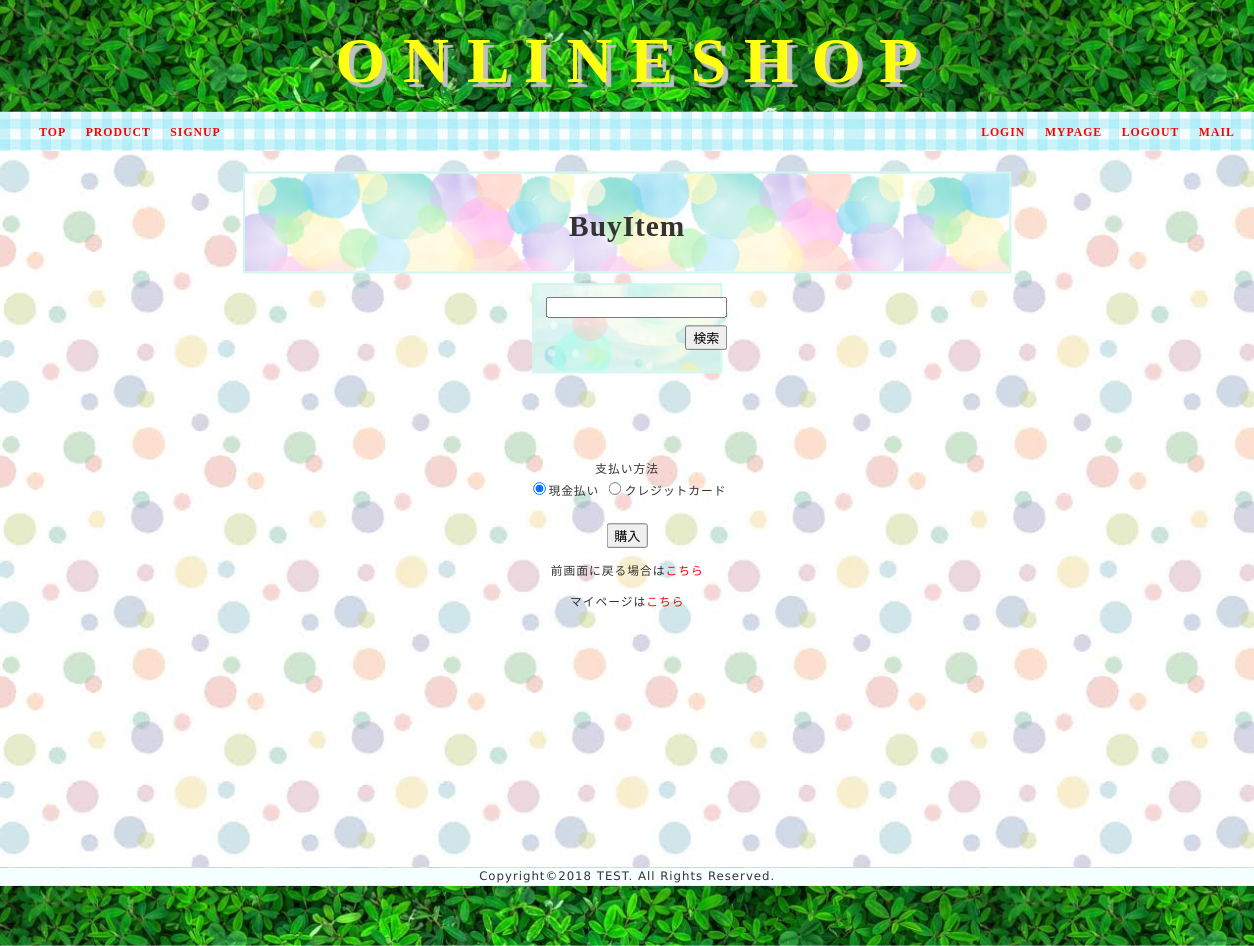
Repository: rt-1217/j2
Page: http://localhost/ecsite01/buyItem.jsp
An editor plug-in stored every save of this project. The page is shown before and after the next save, followed by the edit.
The browser window is 1280 px wide. The pictures show the whole page, at 98% of full size.
Backgrounds fixed to the window are drawn as part of the page. Some web fonts or font styles are not loaded; a fallback is used. The page is served by Tomcat 9. Other server files are loaded and not shown.

Above is the page before, as saved 2018-05-30 06:51:22.

### ecsite01/WebContent/buyItem.jsp
<%@ page language="java" contentType="text/html; charset=UTF-8"
    pageEncoding="UTF-8"%>
    <%@ taglib prefix="s" uri="/struts-tags" %>
<!DOCTYPE html PUBLIC "-//W3C//DTD HTML 4.01 Transitional//EN" "http://www.w3.org/TR/html4/loose.dtd">
<html>
<head>
<meta http-equiv="Content-Type" content="text/html; charset=UTF-8">
<meta http-equiv="Content-Type" content="text/html; charset=utf-8" />
<meta http-equiv="Content-Style-Type" content="text/css" />
<meta http-equiv="Content-Script-Type" content="text/javascript" />
<meta http-equiv="imagetoolbar" content="no" />
<meta name="description" content="" />
<meta name="keywords" content="" />


<!-- CSSの読み込み -->
<link rel="stylesheet" type="text/css" href="./css/basis.css">
<link rel="stylesheet" type="text/css" href="./css/table.css">

<title>BuyItem画面</title>
</head>

<body>
<s:include value="header.jsp"/>

<div id="main">
<div id="top">
<p>BuyItem</p>
</div>

<!-- 商品検索機能 -->
<div>
<div class="seach">
<s:form action="ItemSearchAction">
<tr>
<td>
<s:textfield name="searchWord" value=""/>
</td>
<td>
<s:submit value="検索"/>
</td></tr>
</s:form>
<s:if test="message !=''">
<h3><s:property value="message" escape="false"/></h3>
</s:if>
</div>

<br>
<!-- 商品テーブル -->
<table>

<s:form action="BuyItemAction">
<dl class ="dl-list">
<s:iterator value="#session.buyItemDTOList">

<dd class="dd-list">

<img class="image" style="width:230px; height:150px;" src="<s:property value='image_file_path'/>" >
<br>


<h3><s:property value="itemName"/></h3>




<span>値段：</span>

<s:property value="itemPrice" /><span>円</span>

<span>在庫：</span>


<s:if test="item_stock>0">
<s:property value="item_stock"/>
</s:if>
<s:else>
<span>品切れ</span>
</s:else>


<br>



<span>購入個数</span>
<s:if test="item_stock>0">
<select name="count">
<option value="0" selected="selected">0</option>
<option value="1">1</option>
<option value="2">2</option>
<option value="3">3</option>
<option value="4">4</option>
<option value="5">5</option>
</select>
</s:if>
<s:else>
<select name="count">
<option value="0" selected="selected">0</option>


</select></s:else>

</dd>
</s:iterator>
</dl>


<div class="clear"></div>

<div class="pay-push"></div>
<span>支払い方法</span><br>

<input type="radio" name="pay" value="1" checked="checked">現金払い
<input type="radio" name="pay" value="2" >クレジットカード

<br><br>
<s:submit value="購入"/>


</s:form>

</table>

<div>
<p>前画面に戻る場合は<a href='<s:url action="GoHomeAction" />'>こちら</a></p>
<p>マイページは<a href='<s:url action="MyPageAction" />'>こちら</a></p>
</div>




</div>

</div>




<s:include value="footer.jsp"/>









</body>
</html>

### ecsite01/WebContent/header.jsp
<%@ page language="java" contentType="text/html; charset=UTF-8"
    pageEncoding="UTF-8"%>
        <%@ taglib prefix="s" uri="/struts-tags" %>
<!DOCTYPE html PUBLIC "-//W3C//DTD HTML 4.01 Transitional//EN" "http://www.w3.org/TR/html4/loose.dtd">
<html>
<head>
<meta http-equiv="Content-Type" content="text/html; charset=UTF-8">
<meta http-equiv="Content-Style-Type" content="text/css" />
<meta http-equiv="Content-Script-Type" content="text/javascript" />
<meta http-equiv="imagetoolbar" content="no" />
<meta name="description" content="" />
<meta name="keywords" content="" />
<!-- CSSの読み込み -->
<link rel="stylesheet" type="text/css" href="./css/basis.css">
<link rel="stylesheet" type="text/css" href="./css/table.css">
<style>
@import url('https://fonts.googleapis.com/css?family=Press+Start+2P');
</style>
<link href="https://fonts.googleapis.com/css?family=Mystery+Quest" rel="stylesheet">


<title>Header</title>
</head>
<body>


<div id="header">
<div class="header-logo">O N L I N E   S H O P </div>

<div class="top-menu">

<div class="left-list">
<ul class="top-li">
<li><a href='<s:url action="GoHomeAction"/>'>TOP</a></li>
<li><a href='<s:url action="ProductPageAction"/>'>PRODUCT</a></li>
<li><a href='<s:url action="UserCreateAction"/>'>SIGNUP</a></li>
</ul>
</div>

<div class="right-list">
<ul>
<li><a href='<s:url action="GoLoginAction"/>'>LOGIN</a></li>
<li><a href='<s:url action="MyPageAction"/>'>MYPAGE</a></li>
<li><a href='<s:url action="LogoutAction"/>'>LOGOUT</a></li>
<li><a href='<s:url action="InquiryAction"/>'>MAIL</a></li>
</ul>

</div>




</div>

</div>
</body>
</html>

### ecsite01/WebContent/footer.jsp
<%@ page language="java" contentType="text/html; charset=UTF-8"
    pageEncoding="UTF-8"%>
        <%@ taglib prefix="s" uri="/struts-tags" %>
<!DOCTYPE html PUBLIC "-//W3C//DTD HTML 4.01 Transitional//EN" "http://www.w3.org/TR/html4/loose.dtd">
<html>
<head>
<meta http-equiv="Content-Type" content="text/html; charset=UTF-8">
<meta http-equiv="Content-Style-Type" content="text/css" />
<meta http-equiv="Content-Script-Type" content="text/javascript" />
<meta http-equiv="imagetoolbar" content="no" />
<meta name="description" content="" />
<meta name="keywords" content="" />
<!-- CSSの読み込み -->
<link rel="stylesheet" type="text/css" href="./css/basis.css">
<link rel="stylesheet" type="text/css" href="./css/table.css">
<style>
@import url('https://fonts.googleapis.com/css?family=Press+Start+2P');
</style>
<link href="https://fonts.googleapis.com/css?family=Mystery+Quest" rel="stylesheet">
<title>Insert title here</title>
</head>
<body>




<div id="footer">
<div class="fotter-message">
Copyright©2018 TEST. All Rights Reserved.

</div>

</div>

</body>
</html>

### ecsite01/WebContent/css/basis.css
@CHARSET "UTF-8";

/* ========TAG LAYOUT======== */
body {
margin:0;
padding:0;
line-height:1.6;
letter-spacing:1px;
font-family:Verdana, Helvetica, sans-serif;
font-size:12px;
color:#333;
background:#fff;
background-image:url("../image/tama.jpg");
background-attachment: fixed;
/* background-size:contain; */
/* background-repeat: no-repeat; */


}
table {
text-align:center;
margin:0 auto;
}


/* ========ID LAYOUT======== */
#top {
width:780px;
height:100px;
margin:10px auto;
border:2px solid #d0f7ee;
background-image:url("../image/pastel2.jpg");
font-family: 'Mystery Quest', cursive;
font-size:30px;
font-weight: bold;

}


/*リスト関係*/

ul{
	list-style:none;
}

li {
	font-family: 'Mystery Quest', cursive;
	float:left;
	margin-right:20px;
	font-weight: bolder;
}

/*---------------------------------------------------------------------------------------*/
/*リンク関係*/

/*色の指定*/
a:link { color: #ff0000; }
a:visited { color: #333; }
a:hover { color: #00ff00; background-color:rgba(230,200,193,0.5)}
a:active { color: #00ffff; }


/*リンクの下線を消す*/
a{
	text-decoration: none;
}

input#submit_button {
    padding: 15px 40px;
    font-size: 7em;
}




/*--------------------------------------------------------------------------*/
/*ヘッダー*/
#header {
width: 100%;
height: 100px;
top:0;
left:0;
/* position: fixed; */
margin-bottom:50px;
padding-bottom:15px;
/* background-color: black; */
background-image:url("../image/green.jpg");
}

/*サイトロゴ*/
.header-logo{
/* 	font-family: 'Press Start 2P', cursive; */
font-family: 'Mystery Quest', cursive;
	margin-bottm:20px;
	text-align:center;
	font-size:65px;
	padding-top:10px;
	color:#ffff11;
	font-weight:900;
	text-shadow: 5px 5px 1px #c0c0c0;
}

/*上部メニューリスト*/
.top-menu{
	height:40px;
	background-image:url("../image/mizuiro.jpg");
	width:auto;

}
.left-list{
	float:left;
}

.right-list{
	float:right;
}





/*--------------------------------------------------------------------------*/

#main {
width: 100%;
height: auto;
text-align: center;
display: flex;
  flex-direction: column;
  min-height: 100vh;
}


/*--------------------------------------------------------------------------*/
/*フッター*/

#footer {
width: 100%;
height: 80px;
background-color: black;
clear:both;
background-image:url("../image/green.jpg");
margin-top: auto;
position; absolute;
bottom:0;
}

.fotter-message{
	text-align:center;
	background:rgba(246, 255, 255, 1);
}


/*--------------------------------------------------------------------------*/
/*検索*/
.seach{
	background-image:url("../image/pastel3.jpg");
border:2px solid #d0f7ee;
width:180px;
margin:0 auto;
padding:5px;

}




/*--------------------------------------------------------------------------*/


.red{
	color:red;
}
/*floatの解除*/
.clear{
	clear:both;
}

.pay-push{
	margin-top:70px;
}

### ecsite01/WebContent/css/table.css
@CHARSET "UTF-8";

.item-table{
	text-align:center;

}


.dl-list{
	margin:0px;
	padding:0px;
/* 	width:100%; */
}

.dd-list{
	width:31%;
	display:inline-block;
	background-image:url("../image/kicheck.jpg");
	background-color: rgba(226, 255, 225, 0.2);
 	font-size: 12px;
 	float:left;
	margin:0;
	padding:15px 0px;
	margin-left:2%;
	margin-bottom:20px;
}
.dd-list:last-child {
	margin-right: 0;
}

.button{
	margin:0 auto;
	text-align:center;
	width:100px;
	height:100px;
	 position: relative;
    display: inline-block;
    padding: 0.25em 0.5em;
    text-decoration: none;
    color: #FFF;
    background: #fd9535;/*色*/
    border-radius: 4px;/*角の丸み*/
    box-shadow: inset 0 2px 0 rgba(255,255,255,0.2), inset 0 -2px 0 rgba(0, 0, 0, 0.05);
    font-weight: bold;
    border: solid 2px #d27d00;/*線色*/

}

After the next save:
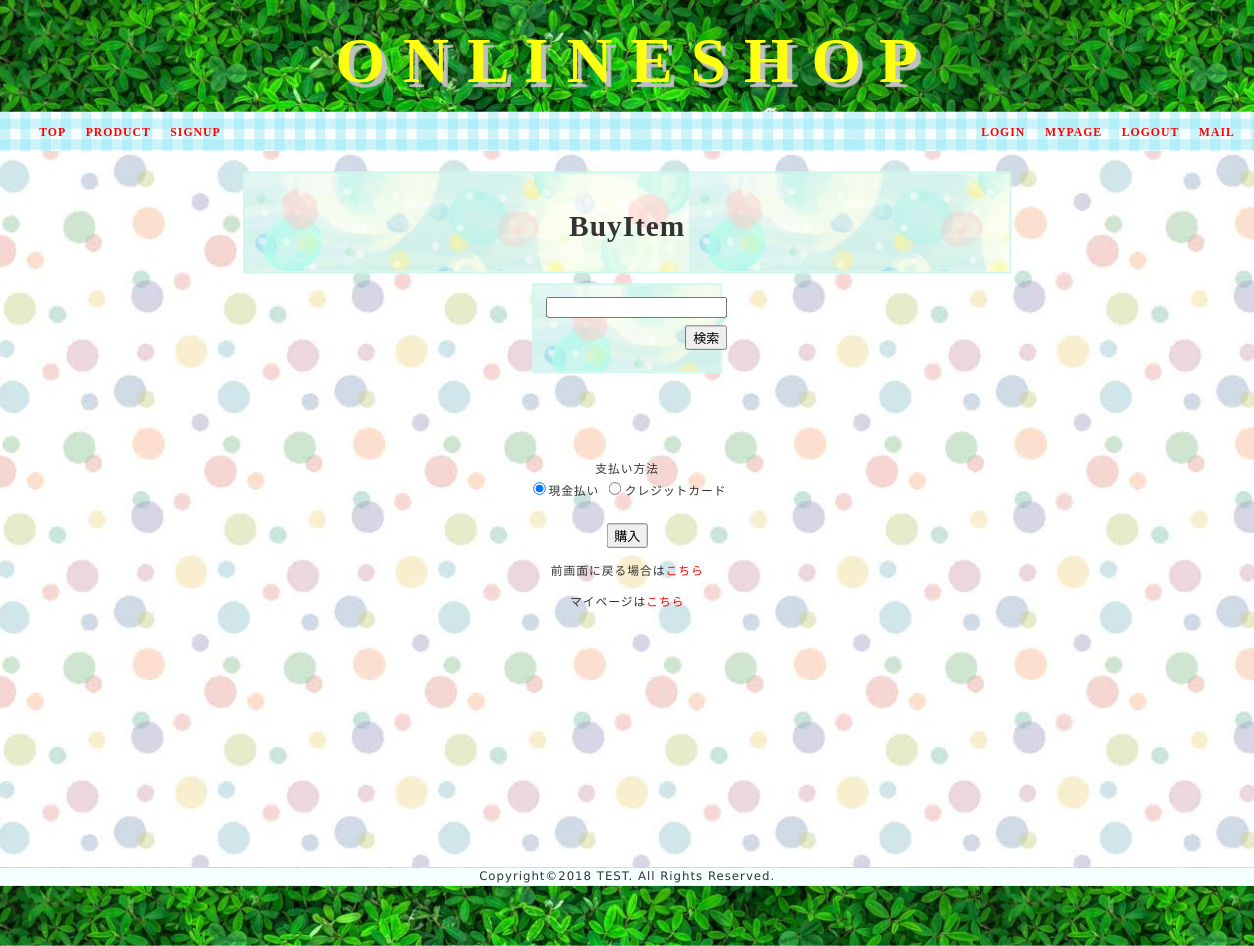
Saved 30 s later.
--- a/ecsite01/WebContent/css/basis.css
+++ b/ecsite01/WebContent/css/basis.css
@@ -29,7 +29,7 @@ width:780px;
 height:100px;
 margin:10px auto;
 border:2px solid #d0f7ee;
-background-image:url("../image/pastel2.jpg");
+background-image:url("../image/pastel3.jpg");
 font-family: 'Mystery Quest', cursive;
 font-size:30px;
 font-weight: bold;
